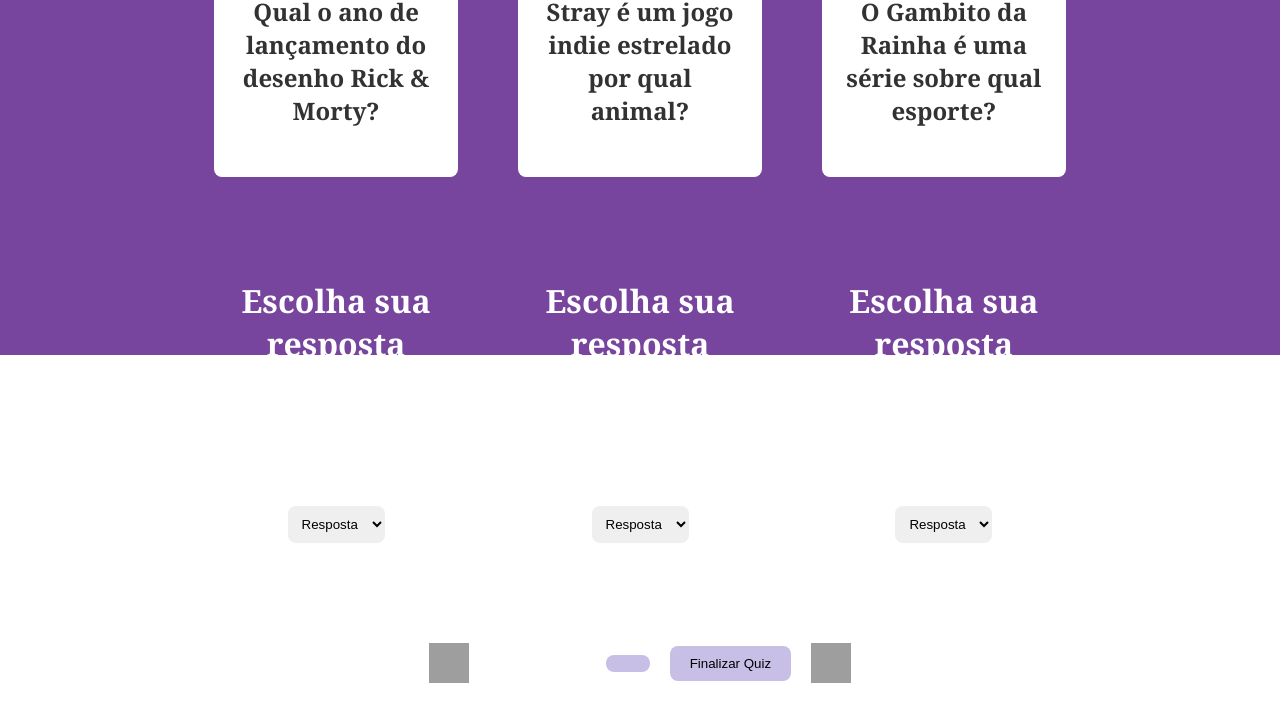
Repository: Gabrielb0rn/quiz.io
Page: index.html
An editor plug-in stored every save of this project. The page is shown before and after the next save, followed by the edit.
The browser window is 1280 px wide. The pictures show the part of the page from y = 365 to 1068 px (the page is 1068 px tall).
Pictures or frames that could not be fetched are drawn as grey boxes. A picture or video elsewhere on the page could not be fetched, so the positions and the page height are approximate.

Above is the page before, as saved 2024-07-03 19:41:43.

After the next save:
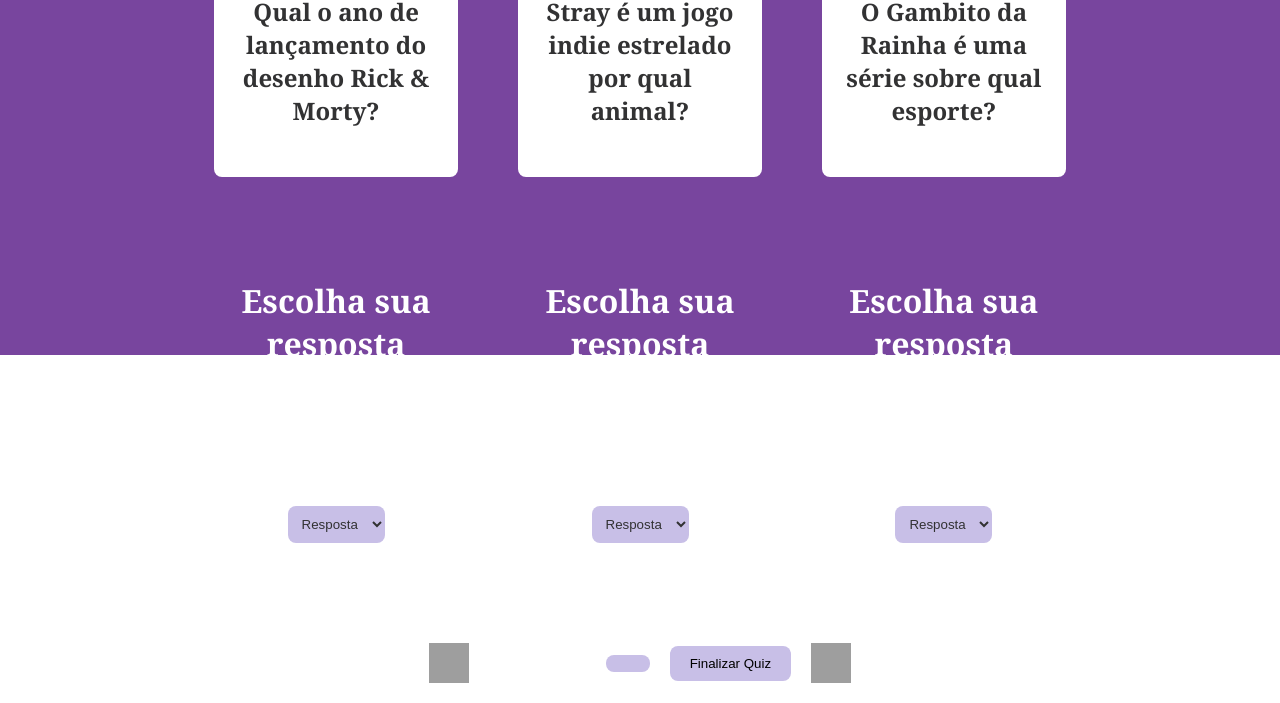
Saved 90 s later.
--- a/assets/style.css
+++ b/assets/style.css
@@ -130,3 +130,30 @@ html, body {
 #container > *:not(#baixoResultado) {
     margin-bottom: 20px; /* Espaço entre as seções */
 }
+
+/* Estilo padrão para o select */
+.select-coluna select {
+    width: 100%;
+    padding: 10px;
+    border-radius: 8px;
+    border: none;
+    margin: 10px 0;
+    background-color: #C8BFE7;
+    color: #323233;
+}
+
+/* Estilo para as opções do select */
+.select-coluna select option {
+    background-color: #C8BFE7;
+    color: #323233;
+}
+
+/* Estilo para a opção selecionada */
+.select-coluna select option:checked {
+    background-color: #B29ACC;
+}
+
+/* Estilo para a opção ao passar o mouse */
+.select-coluna select option:hover {
+    background-color: #C8BFE7;
+}
